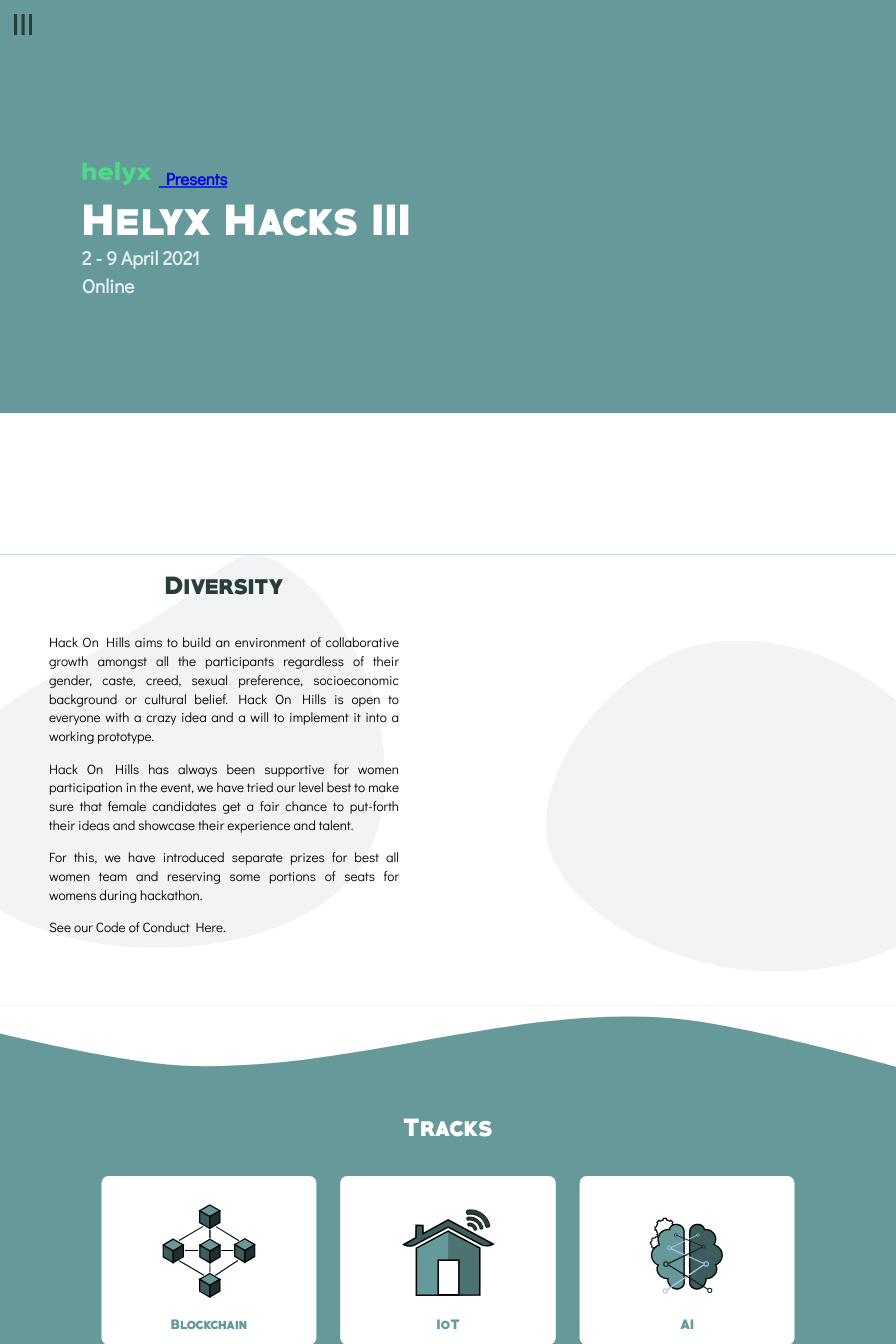
Repository: yashg4509/helyxhacksIII
Page: index.html
An editor plug-in stored every save of this project. The page is shown before and after the next save, followed by the edit.
The browser window is 1280 px wide. The pictures show the part of the page from y = 0 to 1920 px (the page is 8956 px tall), at 70% of full size.
A picture or video elsewhere on the page could not be fetched, so the positions and the page height are approximate.

Above is the page before, as saved 2021-02-17 22:20:07.

After the next save:
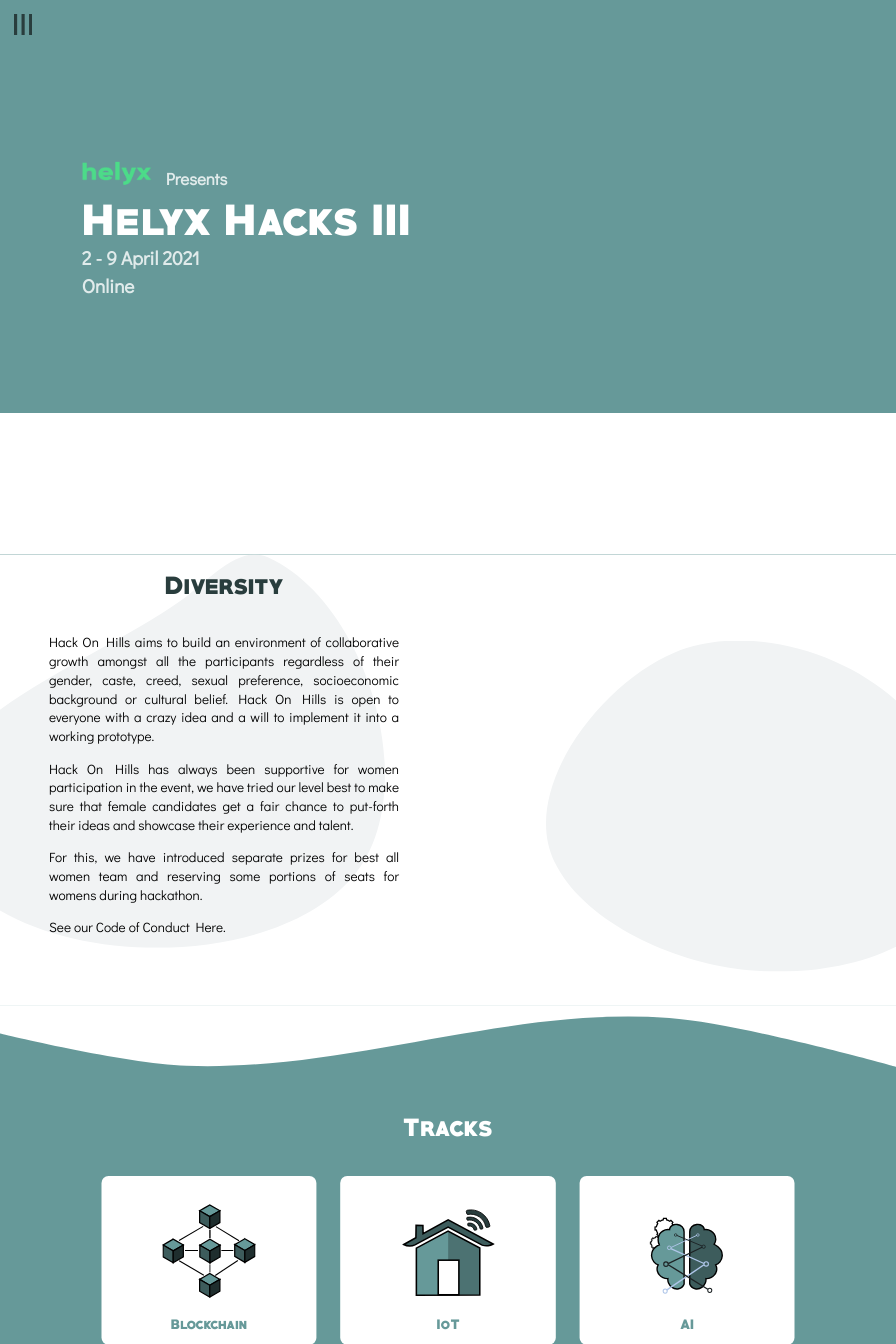
Saved 13 s later.
--- a/index.html
+++ b/index.html
@@ -71,7 +71,7 @@
 			</div>
 			<div class="frame1-left">
 				<div class="content">
-					<div class="sponsor-name"> <a href="https://helyx.science"><img src="./images/Helyx_Logo.png" class="github-home-icon"> Presents </div>
+					<div class="sponsor-name"> <a href="https://helyx.science"><img src="./images/Helyx_Logo.png" class="github-home-icon"></a> Presents </div>
 					<div class="name"> Helyx Hacks III</div><br>
 					<div class="date"> 2 - 9 April 2021 </div><br>
 					<div class="date"> Online </div>
